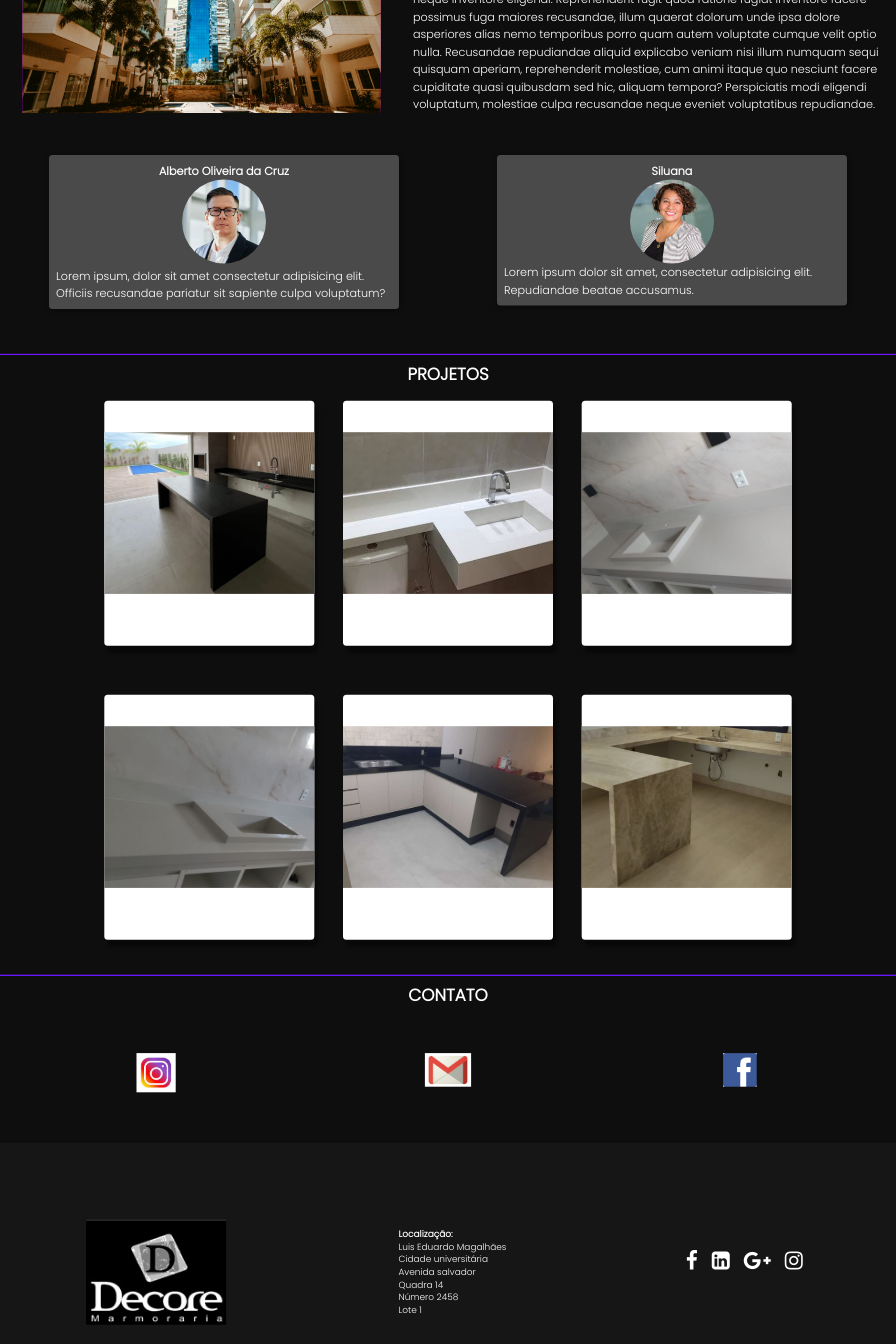
Repository: XFERRER7/projeto-xt7
Page: projetoMarmoraria/index.html
These files come from the project's save history. The page is drawn as it stood at one moment and after the next save; the edit follows.
The browser window is 1280 px wide. The pictures show the part of the page from y = 958 to 2878 px (the page is 2979 px tall), at 70% of full size.
Some web libraries are served in a nearby version.

Above is the page before, as saved 2022-05-09 18:20:35.

### projetoMarmoraria/index.html
<!DOCTYPE html>
<html lang="pt-br">

<head>
  <meta charset="UTF-8">
  <meta http-equiv="X-UA-Compatible" content="IE=edge">
  <meta name="viewport" content="width=device-width, initial-scale=1.0">
  <title>Marmoraria Decore</title>
  <link rel="stylesheet" href="css/style.css">
  <link rel="stylesheet" href="https://cdnjs.cloudflare.com/ajax/libs/font-awesome/6.1.1/css/all.min.css"
    integrity="sha512-KfkfwYDsLkIlwQp6LFnl8zNdLGxu9YAA1QvwINks4PhcElQSvqcyVLLD9aMhXd13uQjoXtEKNosOWaZqXgel0g=="
    crossorigin="anonymous" referrerpolicy="no-referrer" />
  <link rel="stylesheet" href="https://cdnjs.cloudflare.com/ajax/libs/font-awesome/6.1.1/css/solid.min.css"
    integrity="sha512-qzgHTQ60z8RJitD5a28/c47in6WlHGuyRvMusdnuWWBB6fZ0DWG/KyfchGSBlLVeqAz+1LzNq+gGZkCSHnSd3g=="
    crossorigin="anonymous" referrerpolicy="no-referrer" />
  <link rel="stylesheet" href="https://cdnjs.cloudflare.com/ajax/libs/font-awesome/4.7.0/css/font-awesome.min.css" />

</head>

<body>

  <!-- ----------------------------------------------------------------------------------------------------------------- -->


  <!-- HEADER -->
  <header>
    <nav>
      <a class="logo" href="#">MARMORARIA <span id="decore">DECORE</span></a>
      <div class="mobile-menu">
        <div class="line1"></div>
        <div class="line2"></div>
        <div class="line3"></div>
      </div>
      <ul class="nav-list">
        <li><a href="#">Início</a></li>
        <li><a href="#">Sobre</a></li>
        <li><a href="#">Projetos</a></li>
        <li><a href="#">Contato</a></li>
      </ul>
    </nav>
    <div class="hero-section">
      <div class="hero-section-text">
        <h1 id="titulo-header">MARMORES SOB MEDIDA</h1>
        <p id="paragrafo-header">Lorem ipsum, dolor sit amet consectetur adipisicing elit.</p>
      </div>
    </div>
  </header>
  <!-- FIM DO HEADER -->


  <!-- ----------------------------------------------------------------------------------------------------------------- -->


  <!-- MAIN -->
  <main>

    <!-- SECTION B -->
    <section class="section-b">
      <h1 id="section-b-h1">SOBRE</h1>


      <!-- SOBRE PARA CELULAR -->
      <div class="cel">
        <div class="card" id="card-1"></div>
        <p class="text-sobre">Lorem ipsum dolor sit amet consectetur adipisicing elit. Aspernatur maxime illo architecto
          repellendus. Voluptatum ab magnam nihil suscipit, error quod iste dicta, quisquam fugiat, veritatis veniam
          aspernatur modi! Commodi aut officia optio reprehenderit hic sunt aspernatur ipsam minus, dicta qui omnis,
          ratione voluptatem quas sint labore. Temporibus id distinctio asperiores natus omnis earum amet. Obcaecati
          atque, a placeat necessitatibus dolorum labore rerum veritatis adipisci unde itaque iusto, voluptate quis
          tenetur voluptatibus doloremque at voluptates commodi! Ex recusandae repellat iste modi sapiente? Minus, ullam
          ad quia pariatur delectus quaerat velit sit labore aspernatur consequuntur possimus ipsum ipsam, vero ea
          expedita in sequi? Consequuntur iusto repellendus minus hic velit eum, veritatis molestias, sequi, laborum
          nisi consequatur. Dolore, amet placeat. Molestias molestiae aperiam soluta voluptatum odit voluptatem atque,
          repellendus asperiores maiores libero. Nulla odio alias reiciendis dolore cum deleniti beatae autem molestias
          earum minima accusamus nesciunt nostrum quos fugiat cupiditate molestiae, veniam doloremque.</p>
      </div>


      <!-- SOBRE PARA TELAS MAIORES -->
      <div class="imgtext">
        <div id="imgtext-img">
          <div id="content-imgtext-img"></div>
        </div>
        <div id="imgtext-text">
          <div id="content-imgtext-text">
            <p id="content-imgtext-text-p">Lorem ipsum dolor sit amet consectetur adipisicing elit. Odio non, itaque
              quae ut voluptas culpa quod amet dignissimos repellat consequuntur atque enim, nobis, commodi rerum. Quae
              iste repellat voluptatibus dignissimos numquam magnam et vel ratione temporibus, esse nihil eveniet a
              aperiam saepe enim debitis provident! Iure a accusantium voluptate doloribus, velit qui eum porro dicta
              ipsam quos facilis, id officiis molestiae est atque tempora, provident itaque explicabo voluptatem fugiat
              neque inventore eligendi. Reprehenderit fugit quod ratione fugiat inventore facere possimus fuga maiores
              recusandae, illum quaerat dolorum unde ipsa dolore asperiores alias nemo temporibus porro quam autem
              voluptate cumque velit optio nulla. Recusandae repudiandae aliquid explicabo veniam nisi illum numquam
              sequi quisquam aperiam, reprehenderit molestiae, cum animi itaque quo nesciunt facere cupiditate quasi
              quibusdam sed hic, aliquam tempora? Perspiciatis modi eligendi voluptatum, molestiae culpa recusandae
              neque eveniet voluptatibus repudiandae.</p>
          </div>
        </div>

      </div>

      <div class="container-about-person">

        <div class="about-person">
          <h4>Alberto Oliveira da Cruz</h4>
          <div class="img-person" id="person-1"></div>
          <p class="p-about-person">Lorem ipsum, dolor sit amet consectetur adipisicing elit. Officiis recusandae
            pariatur sit sapiente culpa voluptatum?</p>
        </div>

        <div class="about-person">
          <h4>Siluana</h4>
          <div class="img-person" id="person-2"></div>
          <p>Lorem ipsum dolor sit amet, consectetur adipisicing elit. Repudiandae beatae accusamus.</p>
        </div>

      </div>
    </section>


    <div class="divisa"></div>


    <!-- SECTION A -->
    <section class="section-a">
      <h1 id="section-a-h1">PROJETOS</h1>

      <!-- Container dos cards -->
      <div class="container-cards-main">

        <!-- Card 1 -->
        <div class="card-main">
          <h4 class="title-card">Title</h4>
          <div id="card-img-1"></div>
          <p class="descricao-card">Lorem ipsum dolor sit amet consectetur adipisicing elit. Voluptatum numquam, facere
            incidunt sint ad harum?</p>
        </div>

        <!-- Card 2 -->
        <div class="card-main">
          <h4 class="title-card">Title</h4>
          <div id="card-img-2"></div>
          <p class="descricao-card">Lorem ipsum dolor sit amet consectetur, adipisicing elit. Vel iste rerum eligendi
            sapiente laborum. Praesentium tenetur non enim vero ullam.</p>
        </div>

        <!-- Card 3 -->
        <div class="card-main">
          <h4 class="title-card">Title</h4>
          <div id="card-img-3"></div>
          <p class="descricao-card">Lorem ipsum dolor sit amet consectetur adipisicing elit. Asperiores, pariatur
            adipisci!</p>
        </div>

        <!-- Card 4 -->
        <div class="card-main">
          <h4 class="title-card">Title</h4>
          <div id="card-img-4"></div>
          <p class="descricao-card">Lorem ipsum, dolor sit amet consectetur adipisicing elit. Iste, voluptas.</p>
        </div>

        <!-- Card 5 -->
        <div class="card-main">
          <h4 class="title-card">Title</h4>
          <div id="card-img-5"></div>
          <p class="descricao-card">Lorem ipsum dolor sit amet consectetur adipisicing elit. Assumenda labore illo
            inventore tenetur quo dolores nostrum rem veritatis voluptatibus impedit!</p>
        </div>

        <!-- Card 6 -->
        <div class="card-main">
          <h4 class="title-card">Title</h4>
          <div id="card-img-6"></div>
          <p class="descricao-card">Lorem ipsum dolor sit amet consectetur adipisicing elit. Vitae facere culpa illum
            eaque nulla. Odio?</p>
        </div>
      </div>
    </section>



    <div class="divisa"></div>


    <!-- SECTION C -->
    <section class="section-c">
      <h1 id="section-c-h1">CONTATO</h1>
      <div id="main-div-img">
        <a href="#" target="_blank" class="media"><img src="img/logo-instagram.jpg" alt="insta-img" class="div-img"></a>
        <a href="#" target="_blank" class="media"><img src="img/logo-gmail.jpg" alt="gmail-img" class="div-img"></a>
        <a href="#" target="_blank" class="media"><img src="img/logo-facebook.png" alt="face-img" class="div-img"
            id="img-face"></a>
      </div>
    </section>

  </main>
  <!-- FIM DO MAIN -->

  <!-- ----------------------------------------------------------------------------------------------------------------- -->

  <footer>
    <div class="container-footer">

      <div class="footer-up">
        <div class="footer-a block-footer-up">
          <div id="img-footer"></div>
        </div>
        <div class="footer-b block-footer-up">
          <h4>Localização:</h4>
          <p class="footer-b-p">Luis Eduardo Magalhães</p>
          <p class="footer-b-p">Cidade universitária</p>
          <p class="footer-b-p">Avenida salvador</p>
          <p class="footer-b-p">Quadra 14</p>
          <p class="footer-b-p">Número 2458</p>
          <p class="footer-b-p">Lote 1</p>
        </div>
        <div class="footer-c block-footer-up">
          <ul class="footer-c-list">
            <li><a href="#" class="medias"><i class="fa fa-facebook"></i></a></li>
            <li><a href="#" class="medias"><i class="fa fa-linkedin-square"></i></a></li>
            <li><a href="#" class="medias"><i class="fa fa-google-plus"></i></a></li>
            <li><a href="#" class="medias"><i class="fa fa-instagram"></i></a></li>
        </ul>
        </div>
      </div>

      <div id="footer-sub">
        <p>Copyright &copy; Desenvolvido por <span>Alexandre Talles</span></p>
      </div>






    </div>
  </footer>
  <script src="js/menu-bar.js"></script>
  <script src="js/changeText.js"></script>

</body>

</html>

### projetoMarmoraria/css/style.css
@import url('https://fonts.googleapis.com/css2?family=Poppins:ital,wght@0,300;1,100&display=swap');
@import url('https://fonts.googleapis.com/css2?family=Barlow:ital,wght@1,500&display=swap');

* {
  margin: 0;
  padding: 0;
  box-sizing: border-box;
  font-family: 'Poppins', sans-serif;
}

body {
  background-color: #0f0e0e;
  color: #ffffff;
}

::-webkit-scrollbar {
  width: 15px;
}

::-webkit-scrollbar-track {
  background: #000000;

}

::-webkit-scrollbar-thumb {
  background: rgb(154, 2, 255);
  border-radius: 3px;
}

/*----------------------------------MENU-BAR----------------------------------*/
nav a {
  color: rgb(37, 37, 37);
  text-decoration: none;
  transition: 0.8s;
}

nav a:hover {
  color: blue;
  opacity: 0.7;
}

.logo {
  font-size: 1.5em;
  text-transform: uppercase;
  color: rgb(26, 26, 26);
}

#decore {
  font-family: 'Barlow', sans-serif;
  color: #6817ff;
}

nav {
  display: flex;
  justify-content: space-around;
  align-items: center;
  font-family: 'Poppins', sans-serif;
  background: #ededed;
  height: 10vh;
  position: sticky;
  top: 0;
}


.nav-list {
  list-style: none;
  display: flex;
}

.nav-list li {
  letter-spacing: 3px;
  margin-left: 32px;
}

.mobile-menu {
  display: none;
  cursor: pointer;
}

.mobile-menu div {
  width: 32px;
  height: 2px;
  background: rgb(20, 24, 255);
  margin: 8px;
  transition: 0.3s;
}

@media (max-width: 999px) {
  body {
    overflow-x: hidden;
  }

  .nav-list {
    overflow-x: hidden;
    position: fixed;
    top: 10vh;
    right: 0;
    width: 50vw;
    height: 40vh;
    background: #ededed;
    flex-direction: column;
    align-items: center;
    justify-content: space-around;
    transform: translateX(100%);
    transition: transform 0.3s ease-in;
  }

  .nav-list li {
    margin-left: 0;
    opacity: 0;
  }

  .mobile-menu {
    display: block;
  }
}

@media (max-width: 300px) {
  .logo {
    font-size: 0.8rem;
  }
}

.nav-list.active {
  transform: translateX(0);
}

@keyframes navLinkFade {
  from {
    opacity: 0;
    transform: translateX(50px);
  }

  to {
    opacity: 1;
    transform: translateX(0);
  }
}

.mobile-menu.active .line1 {
  transform: rotate(-45deg) translate(-8px, 8px);
}

.mobile-menu.active .line2 {
  opacity: 0;
}

.mobile-menu.active .line3 {
  transform: rotate(45deg) translate(-5px, -7px);
}

/*------------------------------IMAGEM DO HEADER------------------------------*/
.hero-section {
  background-image: linear-gradient(to bottom, rgba(0, 0, 0, 0.516), rgba(0, 0, 0, 0.516)), url(../img/img-header.jpg);
  background-position: 50%;
  background-repeat: no-repeat;
  background-size: cover;
  height: 90vh;
  text-align: center;
  display: -webkit-flex;
  display: -ms-flexbox;
  display: flex;
  -webkit-align-items: center;
  -ms-flex-align: center;
  align-items: center;
  -webkit-justify-content: center;
  -ms-flex-pack: center;
  justify-content: center;
}

#titulo-header {
  font-size: 2.3rem;
}

#paragrafo-header {
  font-size: 0.8rem;
}

.hero-section .hero-section-text {
  color: #fefefe;
  text-shadow: 1px 1px 2px #0a0a0a;
}


main {
  margin: 0;
  padding: 0;
  width: 100%;
}

/*------------------------------------Sobre------------------------------------*/

.section-b {
  background-color: #0f0e0e;
  color: #ffffff;
  margin-bottom: 5%;
}

#section-b-h1 {
  text-align: center;
  padding-top: 10px;
}

.imgtext {
  display: flex;
  margin-top: 10px;
  margin-bottom: 10px;
  height: 55%;
  margin-top: 30px;
}

#imgtext-img {
  width: 50%;
}

#imgtext-text {
  height: 100%;
  width: 50%;

}

#content-imgtext-img {
  background-color: #cd06ff;
  background-image: url(../img/img-sobre.jpg);
  background-position: center;
  background-repeat: no-repeat;
  background-size: cover;
  height: 100%;
  width: 80%;
  margin-left: 5%;
}

#content-imgtext-text {
  margin-left: -50px;
}



@media (max-width: 999px) {

  .imgtext {
    display: none;
  }

  div.card {
    width: 90%;
    height: 250px;
    background-color: #000000;
    margin: 10px 20px 0px 0px;
    background-size: cover;
    background-position: center center;
    border-radius: 5px;
  }

  div.card:hover {
    transform: scale(1.05);
    transition: all 0.5s ease-in-out;
  }

  #card-1 {
    background-image: url(../img/img-sobre.jpg);
    margin-left: 20px;
  }

  .text-sobre {
    padding: 1.2rem;
    margin: auto;
  }


}

@media (min-width: 999px) {
  .card {
    display: none;
  }

  .cel {
    display: none;
  }

}

.divisa {
  height: 2px;
  background-color: #6817ff;
}

.container-about-person {
  display: flex;
  flex-wrap: wrap;
  margin-top: 45px;
}

.about-person {
  background-color: #a1a1a169;
  box-shadow: 2px 2px 8px rgba(0, 0, 0, 0.438);
  border-radius: 5px;
  min-height: 200px;
  width: 500px;
  margin: auto;
  display: flex;
  align-items: center;
  justify-content: center;
  flex-direction: column;
  padding: 10px;
  margin-top: 15px;
}

.img-person {
  background-position: center top;
  background-repeat: no-repeat;
  background-size: cover;
  border-radius: 50%;
  width: 120px;
  height: 120px;
}

.p-about-person {
  margin-top: 5px;
}

/*Arrumar img-person*/

#person-1 {
  background-image: url(../img/ceo-1.jpg);
}

#person-2 {
  background-image: url(../img/ceo-2.jpg);
  background-position: center;
}

/*------------------------------Projetos------------------------------*/

.section-a {
  background-color: #0f0e0e;
}

#section-a-h1 {
  text-align: center;
  padding-top: 10px;
}

.container-cards-main {
  width: 80%;
  margin: auto;
  display: flex;
  flex-wrap: wrap;
}

.card-main {
  height: 350px;
  background-color: #ffffff;
  width: 300px;
  margin: 20px auto;
  margin-bottom: 50px;
  border-radius: 5px;
  padding: 10px 0px 10px 0px;
  box-shadow: 5px 10px 5px rgba(0, 0, 0, 0.404);
  transition: all 0.8s ease;

}

.card-main:hover {
  transform: scale(1.03);
}


.title-card {
  padding: 5px;
  text-align: center;
}

.descricao-card {
  padding: 10px 5px 10px 5px;
  font-size: 0.7rem;

}

#card-img-1 {
  height: 70%;
  background-image: url(../img/1.jpeg);
  background-position: center center;
  background-repeat: no-repeat;
  background-size: cover;
}

#card-img-2 {
  height: 70%;
  background-image: url(../img/2.jpeg);
  background-position: center center;
  background-repeat: no-repeat;
  background-size: cover;
}

#card-img-3 {
  height: 70%;
  background-image: url(../img/3.jpeg);
  background-position: center center;
  background-repeat: no-repeat;
  background-size: cover;
}

#card-img-4 {
  height: 70%;
  background-image: url(../img/4.jpeg);
  background-position: bottom center;
  background-repeat: no-repeat;
  background-size: cover;
}

#card-img-5 {
  height: 70%;
  background-image: url(../img/5.jpeg);
  background-position: center center;
  background-repeat: no-repeat;
  background-size: cover;
}

#card-img-6 {
  height: 70%;
  background-image: url(../img/6.jpeg);
  background-position: center center;
  background-repeat: no-repeat;
  background-size: cover;
}

@media (max-width: 999px) {
  .card-main {
    height: 450px;
    width: 400px;


  }

}

/*-----------------------------------Contato-----------------------------------*/

.section-c {
  background-color: #0f0e0e;

}

#section-c-h1 {
  text-align: center;
  padding-top: 10px;
  margin-bottom: 50px;
}

#main-div-img {
  display: grid;
  grid-template-columns: repeat(3, 1fr);
  justify-items: center;
  padding: 15px;
  margin-bottom: 50px;
}

.div-img {
  display: inline-block;
  width: 25%;
  text-align: center;
}

.div-linha {
  height: 2px;
  width: 100%;
}

.media {
  text-align: center;
}

/*-----------------------------------Footer-----------------------------------*/

.container-footer {
  background-color: #0a0a0a;
  color: #fff;
  font-size: 0.8rem;
  display: flex;
  align-items: center;
  justify-content: center;
  flex-direction: column;
}

.footer-up {
  background-color: #161616;
  height: 98%;
  width: 100%;
  display: flex;
  align-items: center;
  flex-direction: row;
}

.block-footer-up {
  padding: 10px;
  margin: 100px auto;
}

#footer-sub {
  background-color: #6817ff;
  width: 100%;
  text-align: center;
}

#img-footer {
  background-image: url(../img/img-footer.jpeg);
  background-repeat: no-repeat;
  background-position: center;
  background-size: cover;
  height: 150px;
  width: 200px;
}

.footer-c-list {
  list-style: none;
  display: flex;
  align-items: center;
  justify-content: center;
  margin: 1rem 0 3rem 0;
}

.footer-c-list li {
  margin: 0 10px;
}

.footer-c-list a {
  color: #ffffff;
  text-decoration: none;
}

.footer-c-list a:hover i {
  color: #f01872;
  transition: 0.5s ease;
}

.medias {
  font-size: 30px;
}

@media (max-width: 999px) {
  .footer-up {
    flex-direction: column;
  }

  .block-footer-up {
    padding: 10px;
    margin: 10px auto;
  }

}

### projetoMarmoraria/js/menu-bar.js
class MobileNavbar {
  constructor(mobileMenu, navList, navLinks) {
    this.mobileMenu = document.querySelector(mobileMenu);
    this.navList = document.querySelector(navList);
    this.navLinks = document.querySelectorAll(navLinks);
    this.activeClass = "active";

    this.handleClick = this.handleClick.bind(this);
  }

  animateLinks() {
    this.navLinks.forEach((link, index) => {
      link.style.animation
        ? (link.style.animation = "")
        : (link.style.animation = `navLinkFade 0.5s ease forwards ${
            index / 7 + 0.3
          }s`);
    });
  }

  handleClick() {
    this.navList.classList.toggle(this.activeClass);
    this.mobileMenu.classList.toggle(this.activeClass);
    this.animateLinks();
  }

  addClickEvent() {
    this.mobileMenu.addEventListener("click", this.handleClick);
  }

  init() {
    if (this.mobileMenu) {
      this.addClickEvent();
    }
    return this;
  }
}

const mobileNavbar = new MobileNavbar(
  ".mobile-menu",
  ".nav-list",
  ".nav-list li",
);
mobileNavbar.init();

### projetoMarmoraria/js/changeText.js
function mudarTextoLbl1() {
  document.getElementById('descricao').textContent = "Lorem ipsum dolor sit amet consectetur adipisicing elit. Hic, nisi exercitationem harum officia facilis nihil vitae eligendi provident architecto quis quod unde quas incidunt assumenda corporis iste repudiandae esse voluptatibus?";
}
function mudarTextoLbl2() {
  document.getElementById('descricao').textContent = "Lorem ipsum dolor sit, amet consectetur adipisicing elit. Sapiente distinctio ipsa incidunt non exercitationem laboriosam animi id accusamus placeat, commodi, veniam rerum ut! Fugiat tenetur unde nihil minima fuga veniam odio nulla pariatur eum reiciendis.";
}
function mudarTextoLbl3() {
  document.getElementById('descricao').textContent = "Lorem ipsum dolor sit amet consectetur adipisicing elit. Quas nisi saepe nobis? Maxime blanditiis illo animi tempora maiores expedita qui eum, iusto, ratione odit quia repellendus delectus voluptate nobis nam tenetur, officiis magnam quisquam fugiat dicta nisi id natus. Magnam.";
}
function mudarTextoLbl4() {
  document.getElementById('descricao').textContent = "Lorem ipsum dolor sit amet, consectetur adipisicing elit. Quos eius dolor libero iste impedit nesciunt animi totam corporis id quod.";
}
function mudarTextoLbl5() {
  document.getElementById('descricao').textContent = "Lorem ipsum dolor sit amet, consectetur adipisicing elit. Obcaecati nulla quos quia? Consectetur laudantium illum asperiores excepturi. Itaque ab, rem tempore ullam, fugit aspernatur est alias quaerat expedita nulla, unde recusandae dolore quidem reiciendis atque?";
}

After the next save:
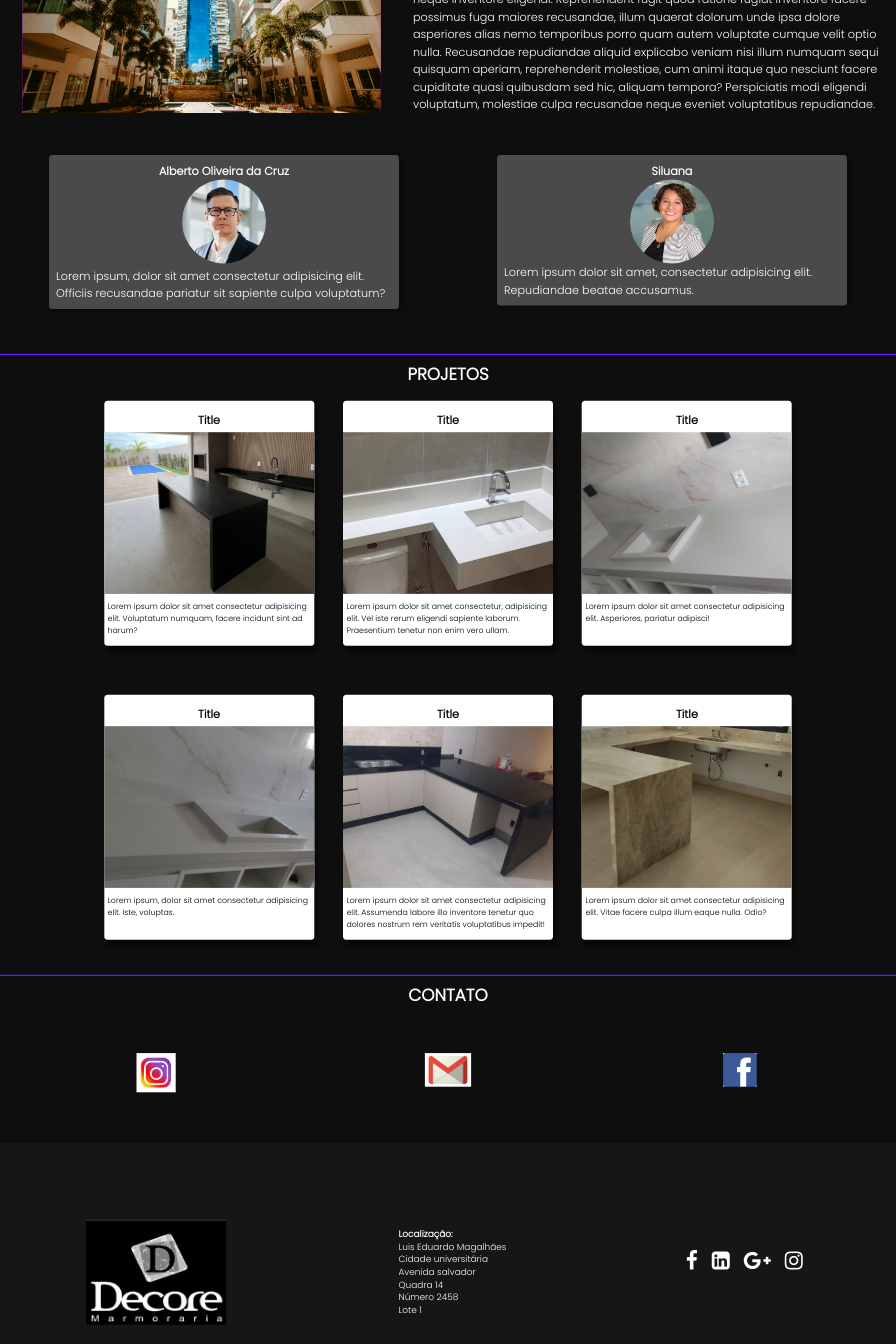
Saved 8 s later.
--- a/projetoMarmoraria/css/style.css
+++ b/projetoMarmoraria/css/style.css
@@ -352,6 +352,7 @@ main {
 .card-main {
   height: 350px;
   background-color: #ffffff;
+  color: #000000;
   width: 300px;
   margin: 20px auto;
   margin-bottom: 50px;
